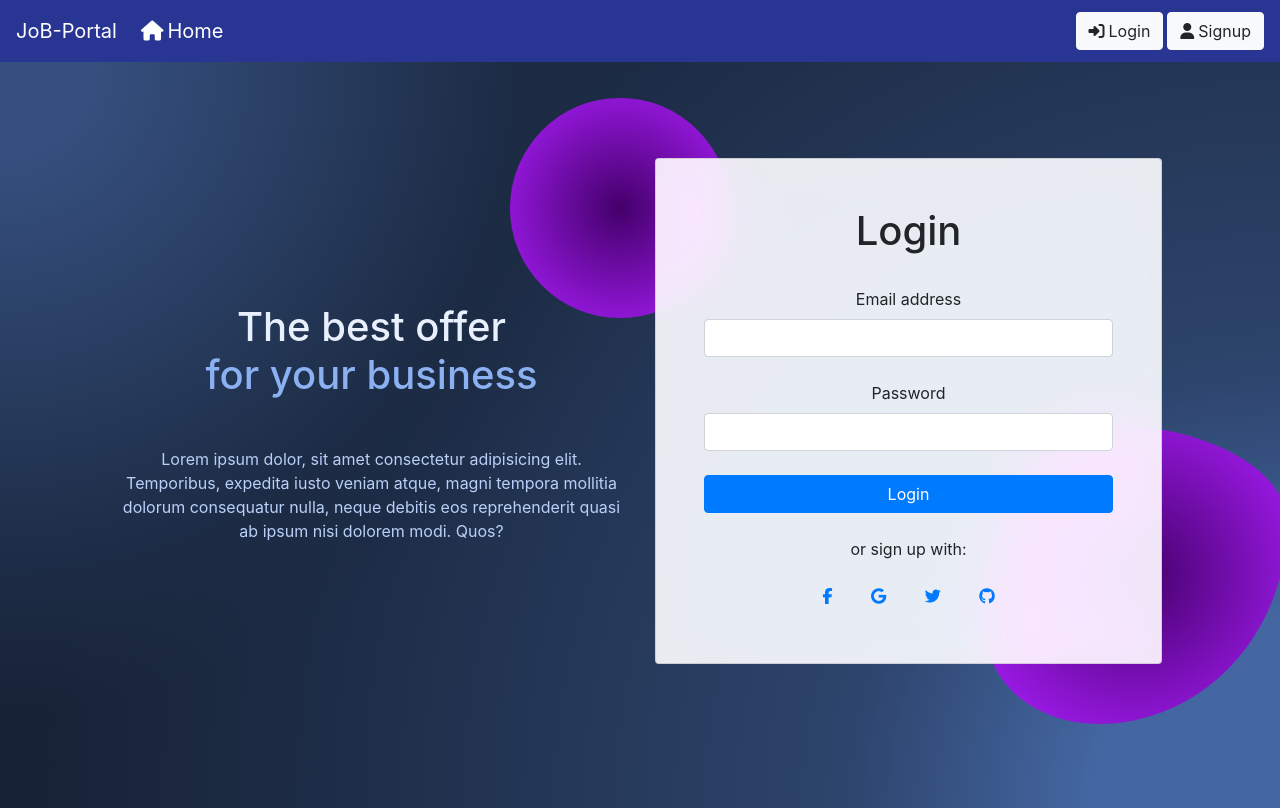
Repository: rekildo/Job-Portal-Website
Page: http://localhost/Job-Portal/login.jsp
The author's editor kept a copy of each file at every save. The page is drawn from the files as they stood at one save, then again after the next save.
The browser window is 1280 px wide. The pictures show the whole page.
The page is served by Tomcat 10. Other server files are loaded and not shown.

Above is the page before, as saved 2023-12-18 06:09:10.

### Job-Portal/src/main/webapp/login.jsp
<%@ page language="java" contentType="text/html; charset=UTF-8"
	pageEncoding="UTF-8"%>
<!DOCTYPE html>
<html>
<head>
<meta charset="UTF-8">
<title>Login Page</title>
<%@ include file="all_component/all_css.jsp"%>
<style>
.background-radial-gradient {
	background-color: hsl(218, 41%, 15%);
	background-image: radial-gradient(650px circle at 0% 0%, hsl(218, 41%, 35%)
		15%, hsl(218, 41%, 30%) 35%, hsl(218, 41%, 20%) 75%,
		hsl(218, 41%, 19%) 80%, transparent 100%),
		radial-gradient(1250px circle at 100% 100%, hsl(218, 41%, 45%) 15%,
		hsl(218, 41%, 30%) 35%, hsl(218, 41%, 20%) 75%, hsl(218, 41%, 19%) 80%,
		transparent 100%);
}

#radius-shape-1 {
	height: 220px;
	width: 220px;
	top: -60px;
	left: -130px;
	background: radial-gradient(#44006b, #ad1fff);
	overflow: hidden;
}

#radius-shape-2 {
	border-radius: 38% 62% 63% 37%/70% 33% 67% 30%;
	bottom: -60px;
	right: -110px;
	width: 300px;
	height: 300px;
	background: radial-gradient(#44006b, #ad1fff);
	overflow: hidden;
}

.bg-glass {
	background-color: hsla(0, 0%, 100%, 0.9) !important;
	backdrop-filter: saturate(200%) blur(25px);
}
</style>

</head>
<body>
	<%@include file="all_component/navbar.jsp"%>

	<!-- Section: Design Block -->
	<section class="background-radial-gradient overflow-hidden">


		<div
			class="container px-4 py-5 px-md-5 text-center text-lg-start my-5">
			<div class="row gx-lg-5 align-items-center mb-5">
				<div class="col-lg-6 mb-5 mb-lg-0" style="z-index: 10">
					<h1 class="my-5 display-5 fw-bold ls-tight"
						style="color: hsl(218, 81%, 95%)">
						The best offer <br /> <span style="color: hsl(218, 81%, 75%)">for
							your business</span>
					</h1>
					<p class="mb-4 opacity-70" style="color: hsl(218, 81%, 85%)">
						Lorem ipsum dolor, sit amet consectetur adipisicing elit.
						Temporibus, expedita iusto veniam atque, magni tempora mollitia
						dolorum consequatur nulla, neque debitis eos reprehenderit quasi
						ab ipsum nisi dolorem modi. Quos?</p>
				</div>

				<div class="col-lg-6 mb-5 mb-lg-0 position-relative">
					<div id="radius-shape-1"
						class="position-absolute rounded-circle shadow-5-strong"></div>
					<div id="radius-shape-2" class="position-absolute shadow-5-strong"></div>

					<div class="card bg-glass">
						<div class="card-body px-4 py-5 px-md-5">

							<!-- Form starts hererere #### -->
							<form action="login" method="post">


								<!-- LOGO -->
								<div class="form-outline mb-3">
									<label class="form-label font-weight-bold" for="form3Example3"><h1>Login</h1>
										</label>


								</div>

								<c:if test="${not empty succMsg }">
									<h4 class="text-center text-success">${succMsg }</h4>
									<c:remove var="succMsg" />
								</c:if>


								<!-- Email input -->
								<div class="form-outline mb-4">
									<label class="form-label" for="form3Example3">Email
										address</label> <input type="email" required="required"
										id="exampleInputEmail" name="email" class="form-control" />

								</div>

								<!-- Password input -->
								<div class="form-outline mb-4">
									<label class="form-label" for="form3Example4">Password</label>
									<input type="password" required="required"
										id="exampleInputPassword" name="password" class="form-control" />

								</div>



								<!-- Submit button -->
								<button type="submit" class="btn btn-primary btn-block mb-4">
									Login</button>

								<!-- Register buttons -->
								<div class="text-center">
									<p>or sign up with:</p>
									<button type="button" class="btn btn-link btn-floating mx-1">
										<i class="fab fa-facebook-f"></i>
									</button>

									<button type="button" class="btn btn-link btn-floating mx-1">
										<i class="fab fa-google"></i>
									</button>

									<button type="button" class="btn btn-link btn-floating mx-1">
										<i class="fab fa-twitter"></i>
									</button>

									<button type="button" class="btn btn-link btn-floating mx-1">
										<i class="fab fa-github"></i>
									</button>
								</div>
							</form>
						</div>
					</div>
				</div>
			</div>
		</div>
	</section>
	<!-- Section: Design Block -->
</body>
</html>

### Job-Portal/src/main/webapp/all_component/all_css.jsp
<link rel="stylesheet"
	href="https://cdn.jsdelivr.net/npm/bootstrap@4.6.2/dist/css/bootstrap.min.css"
	integrity="sha384-xOolHFLEh07PJGoPkLv1IbcEPTNtaed2xpHsD9ESMhqIYd0nLMwNLD69Npy4HI+N"
	crossorigin="anonymous">


<script
	src="https://cdn.jsdelivr.net/npm/jquery@3.5.1/dist/jquery.slim.min.js"
	integrity="sha384-DfXdz2htPH0lsSSs5nCTpuj/zy4C+OGpamoFVy38MVBnE+IbbVYUew+OrCXaRkfj"
	crossorigin="anonymous"></script>
<script
	src="https://cdn.jsdelivr.net/npm/bootstrap@4.6.2/dist/js/bootstrap.bundle.min.js"
	integrity="sha384-Fy6S3B9q64WdZWQUiU+q4/2Lc9npb8tCaSX9FK7E8HnRr0Jz8D6OP9dO5Vg3Q9ct"
	crossorigin="anonymous"></script>


<link rel="stylesheet"
	href="https://cdnjs.cloudflare.com/ajax/libs/font-awesome/6.5.1/css/all.min.css"
	integrity="sha512-DTOQO9RWCH3ppGqcWaEA1BIZOC6xxalwEsw9c2QQeAIftl+Vegovlnee1c9QX4TctnWMn13TZye+giMm8e2LwA=="
	crossorigin="anonymous" referrerpolicy="no-referrer" />


<link rel="stylesheet" href="all_component/style.css">

### Job-Portal/src/main/webapp/all_component/navbar.jsp
<%@ taglib prefix="c" uri="jakarta.tags.core" %>
<%@ page isELIgnored="false"%>
<nav class="navbar navbar-expand-lg navbar-dark bg-custom">
  <a class="navbar-brand" href="#">JoB-Portal</a>
  <button class="navbar-toggler" type="button" data-toggle="collapse" data-target="#navbarSupportedContent" aria-controls="navbarSupportedContent" aria-expanded="false" aria-label="Toggle navigation">
    <span class="navbar-toggler-icon"></span>
  </button>

  <div class="collapse navbar-collapse" id="navbarSupportedContent">
    <ul class="navbar-nav mr-auto">
      <li class="nav-item active">
        <a class="nav-link" href="index.jsp"><i class="fa-solid fa-house mr-1"></i>Home <span class="sr-only">(current)</span></a>
      </li>

      <!-- jstl -->
      <c:if test="${userobj.role eq 'admin'}">
	      <li class="nav-item">
	        <a class="nav-link" href="add_job.jsp"><i class="fa-solid fa-user-doctor mr-1"></i>Post Job</a>
	      </li>
	      <li class="nav-item">
	        <a class="nav-link" href="view_jobs.jsp"><i class="fa-solid fa-street-view mr-1"></i>View Job</a>
	      </li>
	  </c:if>


    </ul>
    <form class="form-inline my-2 my-lg-0">
    <c:if test="${userobj.role eq 'admin' }">
    	<a href="#" class="btn btn-light mr-1"><i class="fa-solid fa-user mr-1"></i>Admin</a>
      <a href="logout" class="btn btn-light"><i class="fa-solid fa-right-to-bracket mr-1"></i>Logout</a>
      </c:if>


      <c:if test="${userobj.role eq 'user' }">
    	<a href="#" class="btn btn-light mr-1"><i class="fa-solid fa-user mr-1"></i>${userobj.name }</a>
      <a href="logout" class="btn btn-light"><i class="fa-solid fa-right-to-bracket mr-1"></i>Logout</a>
      </c:if>





    <c:if test="${empty userobj }">
    	<a href="login.jsp" class="btn btn-light mr-1"><i class="fa-solid fa-right-to-bracket mr-1"></i>Login</a>
      <a href="signup.jsp" class="btn btn-light"><i class="fa-solid fa-user mr-1"></i>Signup</a>

    </c:if>

    </form>
  </div>
</nav>

### Job-Portal/src/main/webapp/all_component/style.css
.bg-custom{
	background: #283593 !important;
}

.navbar .nav-item .nav-link{
	font-size: 20px;
	color:white;
}

.navbar .nav-item:hover .nav-link{
	background: white;
	color:black;
	border-radius: 10px;
}

After the next save:
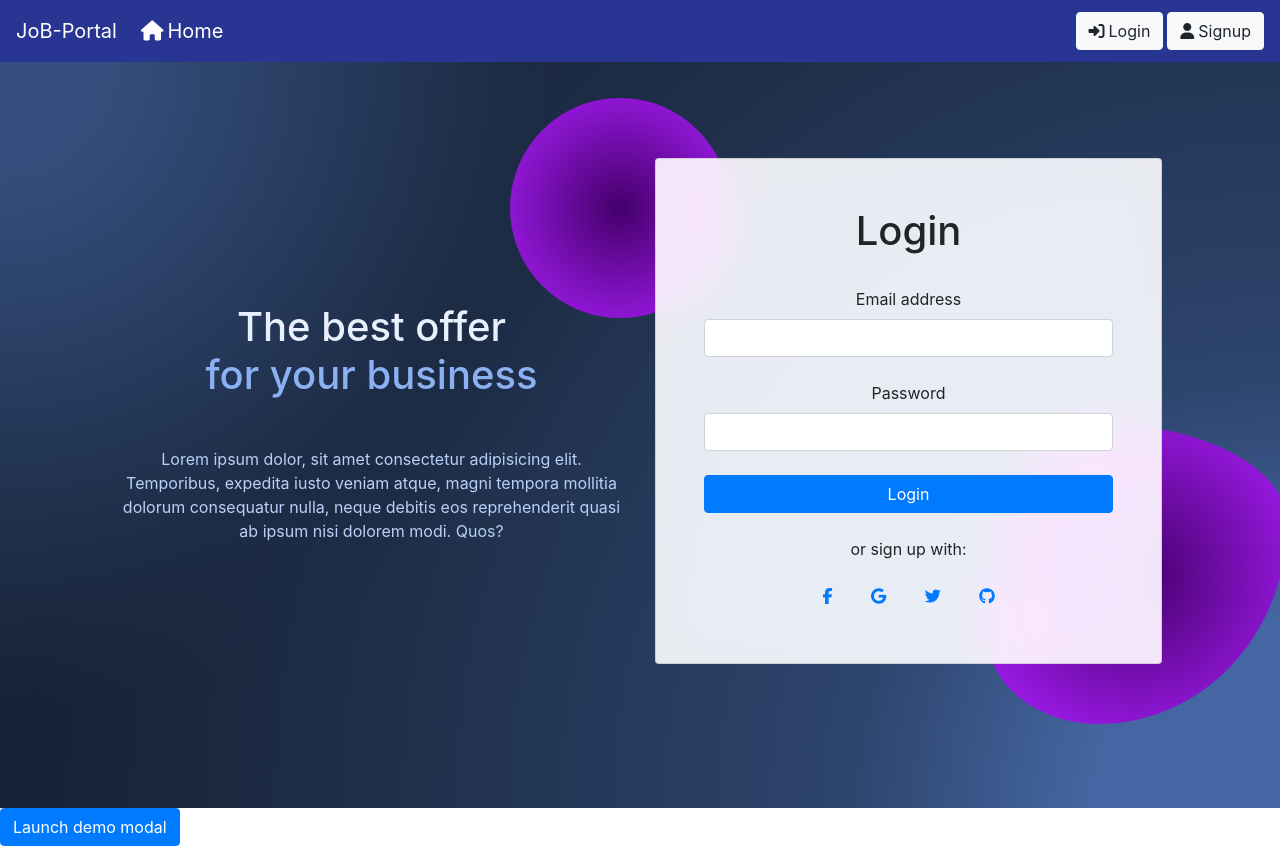
Saved 3 h 19 min later.
--- a/Job-Portal/src/main/webapp/login.jsp
+++ b/Job-Portal/src/main/webapp/login.jsp
@@ -81,7 +81,7 @@
 								<!-- LOGO -->
 								<div class="form-outline mb-3">
 									<label class="form-label font-weight-bold" for="form3Example3"><h1>Login</h1>
-										</label>
+									</label>
 
 
 								</div>
@@ -141,5 +141,32 @@
 		</div>
 	</section>
 	<!-- Section: Design Block -->
+
+
+	<!-- Button trigger modal -->
+	<button type="button" class="btn btn-primary" data-toggle="modal"
+		data-target="#exampleModal">Launch demo modal</button>
+
+	<!-- Modal -->
+	<div class="modal fade" id="exampleModal" tabindex="-1" role="dialog"
+		aria-labelledby="exampleModalLabel" aria-hidden="true">
+		<div class="modal-dialog" role="document">
+			<div class="modal-content">
+				<div class="modal-header">
+					<h5 class="modal-title" id="exampleModalLabel">Modal title</h5>
+					<button type="button" class="close" data-dismiss="modal"
+						aria-label="Close">
+						<span aria-hidden="true">&times;</span>
+					</button>
+				</div>
+				<div class="modal-body">...</div>
+				<div class="modal-footer">
+					<button type="button" class="btn btn-secondary"
+						data-dismiss="modal">Close</button>
+					<button type="button" class="btn btn-primary">Save changes</button>
+				</div>
+			</div>
+		</div>
+	</div>
 </body>
 </html>

After the save that followed:
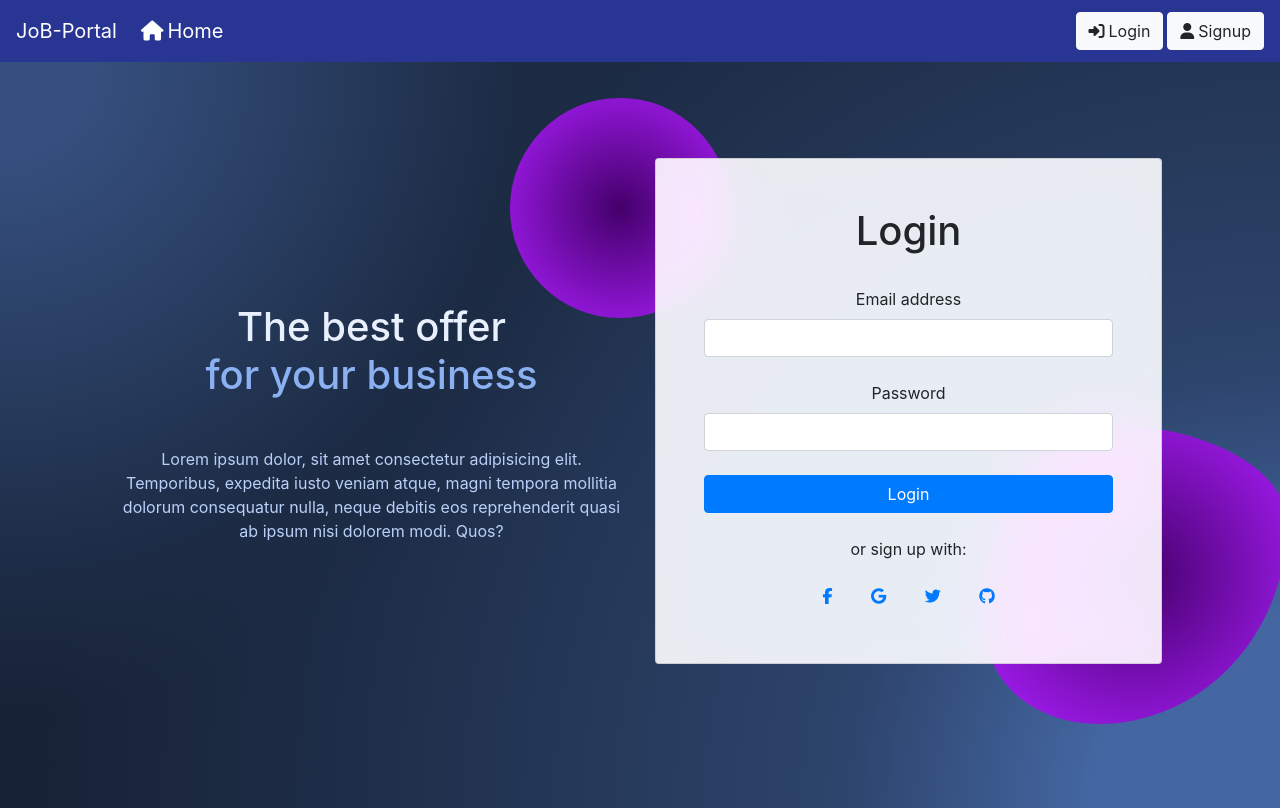
Saved 4 min 3 s later.
--- a/Job-Portal/src/main/webapp/login.jsp
+++ b/Job-Portal/src/main/webapp/login.jsp
@@ -143,30 +143,6 @@
 	<!-- Section: Design Block -->
 
 
-	<!-- Button trigger modal -->
-	<button type="button" class="btn btn-primary" data-toggle="modal"
-		data-target="#exampleModal">Launch demo modal</button>
 
-	<!-- Modal -->
-	<div class="modal fade" id="exampleModal" tabindex="-1" role="dialog"
-		aria-labelledby="exampleModalLabel" aria-hidden="true">
-		<div class="modal-dialog" role="document">
-			<div class="modal-content">
-				<div class="modal-header">
-					<h5 class="modal-title" id="exampleModalLabel">Modal title</h5>
-					<button type="button" class="close" data-dismiss="modal"
-						aria-label="Close">
-						<span aria-hidden="true">&times;</span>
-					</button>
-				</div>
-				<div class="modal-body">...</div>
-				<div class="modal-footer">
-					<button type="button" class="btn btn-secondary"
-						data-dismiss="modal">Close</button>
-					<button type="button" class="btn btn-primary">Save changes</button>
-				</div>
-			</div>
-		</div>
-	</div>
 </body>
 </html>
